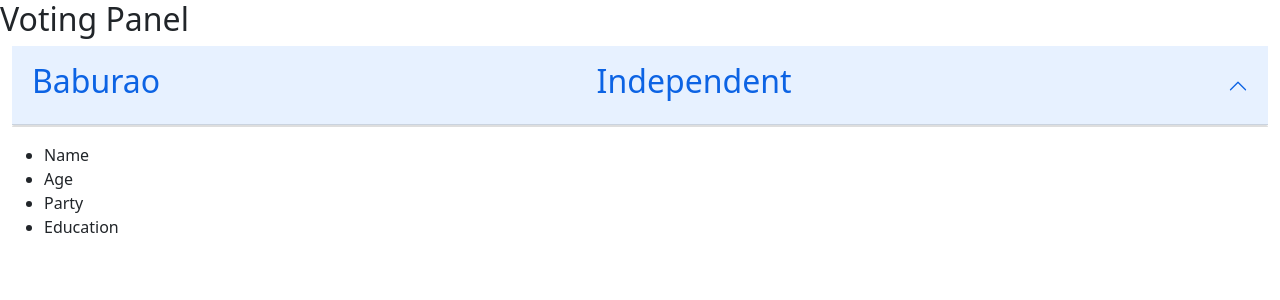
Repository: DavidManiIbrahim/Voting-app
Page: panel.html
An editor plug-in stored every save of this project. The page is shown before and after a run of saves, followed by the edit.
The browser window is 1280 px wide. The pictures show the whole page.

Above is the page before, as saved 2025-01-20 05:22:25.

After the next 3 saves:
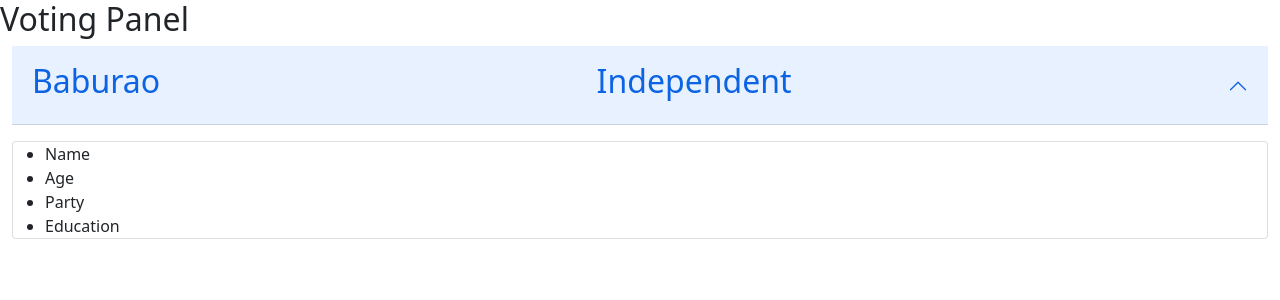
The 3 saves are shown as one change because they came seconds apart.
The last was saved 26 s later.
--- a/panel.html
+++ b/panel.html
@@ -18,8 +18,8 @@
             <h2 class="ms-auto">Independent</h2>
             <img src="" alt="">
         </button>
-<p class="accordion-item">
-    <ul>
+<p >
+    <ul class="accordion-item">
         <li>Name</li>
         <li>Age</li>
         <li>Party</li>
